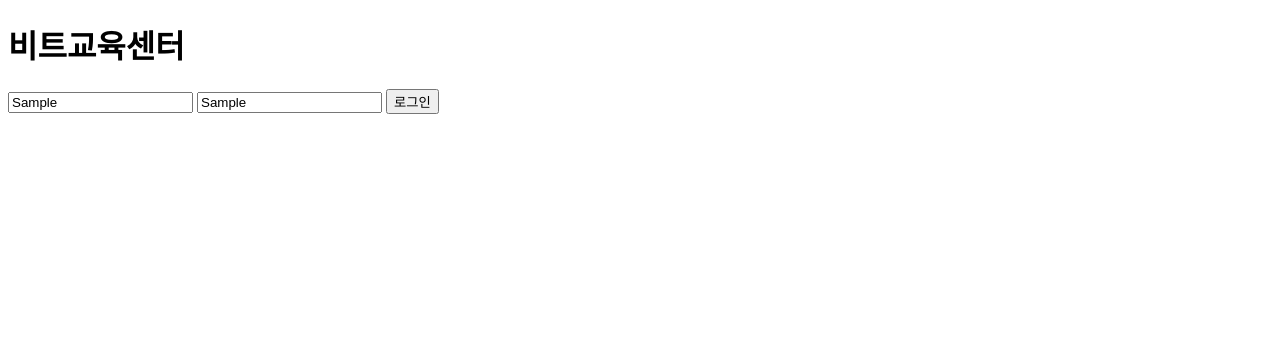
Repository: Lee-seongBeom/bitclass
Page: html08/WebContent/ex02.html
These files come from the project's save history. The page is drawn as it stood at one moment and after the next save; the edit follows.
The browser window is 1280 px wide. The pictures show the whole page.
Empty fields were first filled with sample values (such as "Sample", 5 or name@example.com).
After loading, the first visible `form` was submitted once.

Above is the page before, as saved 2020-07-17 04:12:42.

### html08/WebContent/ex02.html
<!DOCTYPE html>
<html>
<head>
<meta charset="UTF-8">
<title>Insert title here</title>
<script type="text/javascript">
	var id,pw,form;
	window.onload=function(){
		id=document.querySelector('#id');
		pw=document.querySelector('#pw');


		form=document.querySelector('form');
		form.onsubmit=function(){
			var xhr=new XMLHttpRequest();

			xhr.open('get','ex02.jsp?id='+id.value+'&pw='+pw.value);
			xhr.send();
			return false;
		};
	};
</script>

</head>
<body>
	<div id="header">
		<h1>비트교육센터</h1>
		<form action="ex02.jsp">
			<input type="text" name="id" id="id">
			<input type="text" name="pw" id="pw">
			<button>로그인</button>
		</form>

	</div>

</body>
</html>

After the next save:
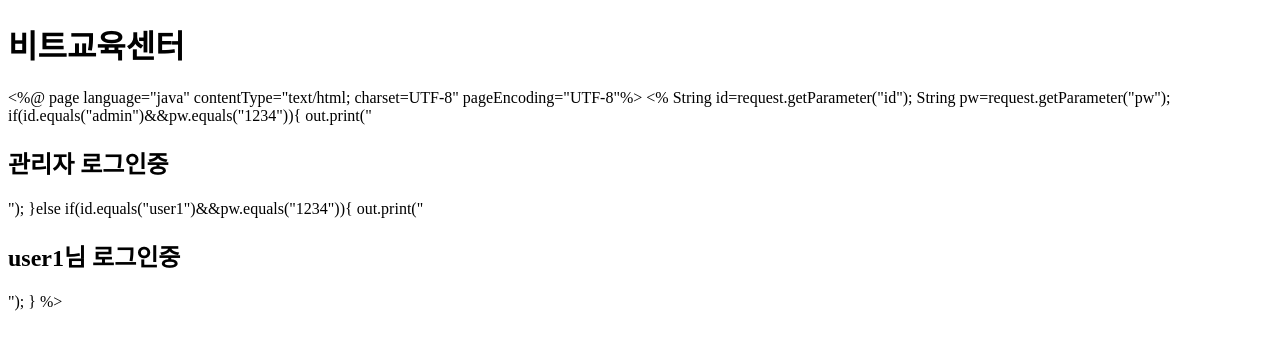
Saved 63 s later.
--- a/html08/WebContent/ex02.html
+++ b/html08/WebContent/ex02.html
@@ -13,7 +13,13 @@
 		form=document.querySelector('form');
 		form.onsubmit=function(){
 			var xhr=new XMLHttpRequest();
+			xhr.onreadystatechange=function(){
+				if(xhr.readyState==4&& xhr.status==200){
+					var msg=xhr.responseText;
+					form.innerHTML=msg;
+				}
 
+			};
 			xhr.open('get','ex02.jsp?id='+id.value+'&pw='+pw.value);
 			xhr.send();
 			return false;
